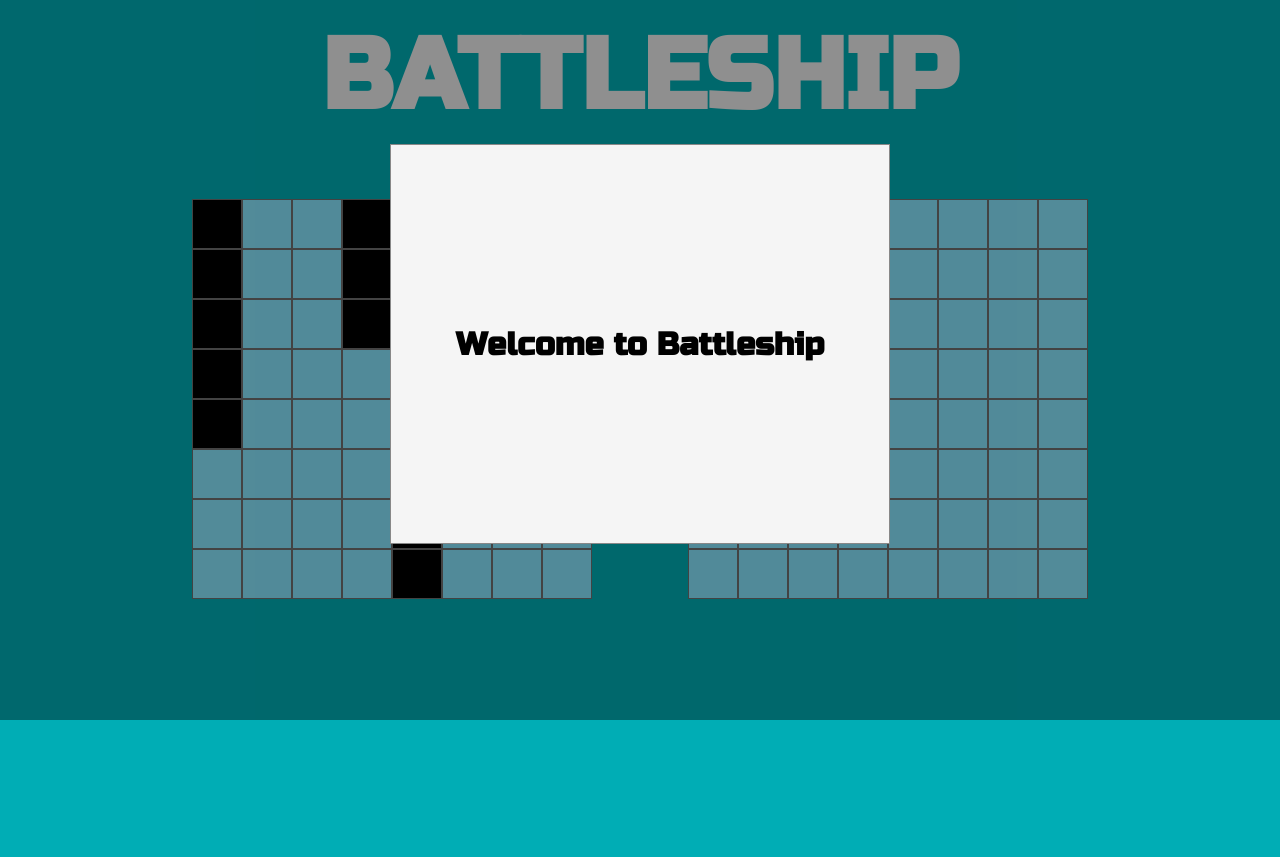
Repository: AzharMoosa/battleship
Page: /
These files come from the project's save history. The page is drawn as it stood at one moment and after the next save; the edit follows.
The browser window is 1280 px wide. The pictures show the whole page.
The project was rebuilt for these pictures with package versions that can differ from the ones it lists, and the page was loaded fresh each time. Imported but missing from the stored project, and not drawn on this page: src/components/components/PlaceShip.

Above is the page before, as saved 2020-07-09 10:03:28.

### src/App.js
import React from "react";
import Header from "./components/Header";
import Board from "./components/Board";
import { PlayersProvider } from "./context/PlayersContext";
import "./App.css";
import PlaceShip from "./components/PlaceShip";

function App() {
  return (
    <PlayersProvider>
      <div>
        <Header />
        <Board />
        <PlaceShip />
      </div>
    </PlayersProvider>
  );
}

export default App;

### src/components/Header.js
import React from "react";

const Header = () => {
  return (
    <div className='header'>
      <h1>Battleship</h1>
    </div>
  );
};

export default Header;

### src/components/Board.js
import React, { useState } from "react";
import Square from "./Square";
import PlainSquare from "./PlainSquare";
import Player from "../functions/Player";
import Gameboard from "../functions/Gameboard";
import Overlay from "./Overlay";
import HitMiss from "./HitMiss";
import PlaceShip from "./components/PlaceShip";
import { v4 as uuidv4 } from "uuid";

const Board = () => {
  // eslint-disable-next-line
  const [player, setPlayer] = useState(Player(false));
  // eslint-disable-next-line
  const [computer, setComputer] = useState(Player(true));
  const [playerBoard, setPlayerBoard] = useState(Gameboard());
  const [computerBoard, setComputerBoard] = useState(Gameboard());
  const [playerTurn, setPlayerTurn] = useState(true);

  const getOutcome = (hit) => {
    let outcome = document.querySelector(".hit-miss-outcome");
    if (hit === true) {
      outcome.innerHTML = "Hit!";
    } else {
      outcome.innerHTML = "Miss!";
    }
  };

  const startGame = () => {
    playerBoard.placeShip(0, 0, player.ships[0], 1);
    playerBoard.placeShip(4, 4, player.ships[1], 1);
    playerBoard.placeShip(3, 0, player.ships[2], 1);
    playerBoard.placeShip(5, 0, player.ships[3], 1);
    playerBoard.placeShip(7, 0, player.ships[4], 1);

    computerBoard.placeShip(0, 0, computer.ships[0], 0);
    computerBoard.placeShip(4, 2, computer.ships[1], 0);
    computerBoard.placeShip(0, 3, computer.ships[2], 0);
    computerBoard.placeShip(3, 5, computer.ships[3], 0);
    computerBoard.placeShip(0, 7, computer.ships[4], 0);
  };

  const getBoardElm = (elm) => {
    if (elm !== "") {
      return "square ship";
    } else {
      return "square";
    }
  };

  const displayModal = (name) => {
    let modal = document.querySelector(".modal");
    let title = document.querySelector(".winner-name");
    let overlay = document.querySelector(".overlay");
    modal.style.display = "block";
    overlay.style.display = "none";
    if (name === "Computer") {
      title.innerHTML = "Computer Wins";
    } else if (name === "Player") {
      title.innerHTML = "Player Wins";
    }
  };

  const resetGame = () => {
    setPlayer(Player(false));
    setComputer(Player(true));
    setPlayerBoard(Gameboard());
    setComputerBoard(Gameboard());
    setPlayerTurn(true);
    let modal = document.querySelector(".modal");
    let overlay = document.querySelector(".overlay");
    let outcome = document.querySelector(".hit-miss-outcome");
    modal.style.display = "none";
    overlay.style.display = "grid";
    outcome.innerHTML = "";
  };

  const gameOver = () => {
    if (playerBoard.allShipSunk(player.ships)) {
      displayModal("Computer");
    } else if (computerBoard.allShipSunk(computer.ships)) {
      displayModal("Player");
    }
  };

  const attackComputer = (e) => {
    if (playerTurn === true) {
      let updatedBoard = computerBoard;
      // Get Coord
      let coords = e.target.id.split(",");
      let x = coords[1];
      let y = coords[0];
      player.attackEnemy(updatedBoard, parseInt(x), parseInt(y));
      if (computerBoard.grid[x][y] === "") {
        e.target.classList.add("ship-miss");
        getOutcome(false);
      } else {
        e.target.classList.add("ship-hit");
        getOutcome(true);
      }
      setComputerBoard(updatedBoard);
      setPlayerTurn(false);
    }
    computerTurn();
  };

  const computerTurn = () => {
    if (playerTurn === true) {
      let updatedBoard = playerBoard;
      let randomCoords = computer.getRandomCoords();
      let square = document.getElementById(randomCoords);
      let coords = randomCoords.split(",");
      let x = coords[1];
      let y = coords[0];
      computer.computerAttack(updatedBoard, x, y);
      if (playerBoard.grid[x][y] === "") {
        square.classList.add("ship-miss");
      } else {
        square.classList.add("ship-hit");
      }
      gameOver();
      setPlayerBoard(updatedBoard);
      setPlayerTurn(true);
    }
  };

  return (
    <div className='container'>
      <HitMiss />
      <div className='game-boards'>
        {startGame()}
        <div className='game-board'>
          {playerBoard.grid.map((col, j) =>
            col.map((elm, i) => (
              <Square
                key={uuidv4()}
                elm={elm}
                getBoardElm={getBoardElm}
                id={`${i},${j}`}
              />
            ))
          )}
        </div>

        <div className='comp'>
          <div className='game-board comp-board'>
            {computerBoard.grid.map((col, j) =>
              col.map((elm, i) => (
                <Square
                  key={uuidv4()}
                  elm={elm}
                  getBoardElm={getBoardElm}
                  attackComputer={attackComputer}
                  id={`${i},${j}`}
                />
              ))
            )}
          </div>
          <div className='overlay game-board'>
            {computerBoard.grid.map((col, j) =>
              col.map((elm, i) => <PlainSquare key={uuidv4()} />)
            )}
          </div>
        </div>
      </div>
      <Overlay resetGame={resetGame} />
    </div>
  );
};

export default Board;

### src/context/PlayersContext.js
import React, { useState, createContext } from "react";
import Player from "../functions/Player";
import Gameboard from "../functions/Gameboard";

export const PlayersContext = createContext();

export const PlayersProvider = (props) => {
  const [players, usePlayers] = useState([
    // Player
    {
      player: Player(false),
      board: Gameboard(),
    },
    // Computer
    {
      player: Player(true),
      board: Gameboard(),
    },
  ]);

  return (
    <PlayersContext.Provider value={[players, usePlayers]}>
      {props.children}
    </PlayersContext.Provider>
  );
};

### src/App.css
@import url("https://fonts.googleapis.com/css2?family=Russo+One&display=swap");

:root {
  --bg-primary: #00adb5;
  --bg-light: #eeeeee;
  --bg-dark: #222831;
}

* {
  margin: 0;
  padding: 0;
  box-sizing: border-box;
}

body {
  font-family: "Russo One", sans-serif;
  background-color: var(--bg-primary);
}

.header {
  text-align: center;
}

.header h1 {
  color: var(--bg-light);
  font-size: 100px;
  text-transform: uppercase;
  margin-top: 1rem;
}

.game-boards {
  display: flex;
  align-items: center;
  justify-content: space-between;
  width: 70%;
  height: 55vh;
  margin: 3rem auto;
}

.game-board {
  display: grid;
  grid-template-columns: repeat(8, 1fr);
  width: 400px;
  height: 400px;
}

.square {
  border: 1px solid #707070;
  background-color: rgb(136, 231, 255);
  width: 50px;
  height: 50px;
  pointer-events: auto !important;
  cursor: pointer;
}

.plain-square {
  border: 1px solid #707070;
  background-color: rgb(136, 231, 255);
  width: 50px;
  height: 50px;
  pointer-events: none !important;
  cursor: pointer;
}

.ship {
  background-color: #000;
}

.ship-hit {
  background-color: rgb(255, 77, 77) !important;
  pointer-events: none !important;
}

.ship-miss {
  background-color: #fff !important;
  pointer-events: none !important;
}

.comp {
  display: grid;
}

.comp-board,
.overlay {
  grid-area: 1 / 1;
}

.container {
  display: flex;
  flex-direction: column;
  height: 100vh;
}

.overlay {
  pointer-events: none;
}

.start {
  /* display: none; */
  position: fixed;
  z-index: 1;
  left: 0;
  top: 0;
  width: 100%;
  height: 100%;
  background-color: rgb(0, 0, 0);
  background-color: rgba(0, 0, 0, 0.4);
}

.start-content {
  background-color: #f5f5f5;
  margin: 20vh auto;
  padding: 20px;
  border: 1px solid #888;
  width: 500px;
  height: 400px;
  display: flex;
  flex-direction: column;
  align-items: center;
  justify-content: center;
}

.modal {
  display: none;
  position: fixed;
  z-index: 1;
  left: 0;
  top: 0;
  width: 100%;
  height: 100%;
  background-color: rgb(0, 0, 0);
  background-color: rgba(0, 0, 0, 0.4);
}

.modal-content-results {
  background-color: #f5f5f5;
  margin: 30vh auto;
  padding: 20px;
  border: 1px solid #888;
  width: 400px;
  height: 200px;
  display: flex;
  flex-direction: column;
  align-items: center;
  justify-content: center;
}

.winner-name {
  text-align: center;
  margin-bottom: 2rem;
  font-size: 40px;
}

.btn-primary {
  background-color: var(--bg-dark);
  color: #fff;
  width: 150px;
  height: 50px;
  font-size: 20px;
  border: none;
  outline: none;
  font-family: "Russo One", sans-serif;
  border-radius: 20px;
  cursor: pointer;
}

.hit-miss {
  display: flex;
  align-items: center;
  justify-content: center;
  margin-top: 1rem;
}

.hit-miss-outcome {
  color: #fff;
  font-size: 50px;
}

@media (min-width: 1700px) {
  .game-boards {
    height: 70vh;
    width: 80%;
  }

  .game-board {
    width: 650px;
    height: 650px;
  }

  .square,
  .plain-square {
    width: 81.25px;
    height: 81.25px;
  }
}

@media (max-width: 1200px) {
  .game-boards {
    height: 70vh;
    width: 80%;
    display: flex;
    flex-direction: column;
  }

  .game-board {
    width: 500px;
    height: 500px;
  }

  .comp {
    margin-top: 3rem;
  }

  .square,
  .plain-square {
    width: 62.5px;
    height: 62.5px;
  }
}

@media (max-width: 768px) {
  .header h1 {
    font-size: 60px;
  }

  .game-boards {
    width: 80%;
    display: flex;
    flex-direction: column;
  }

  .game-board {
    width: 400px;
    height: 400px;
  }

  .comp {
    margin-top: 3rem;
  }

  .square,
  .plain-square {
    width: 50px;
    height: 50px;
  }
}

@media (max-width: 414px) {
  .header h1 {
    font-size: 40px;
  }

  .game-boards {
    width: 70%;
    display: flex;
    flex-direction: column;
  }

  .game-board {
    width: 300px;
    height: 300px;
  }

  .comp {
    margin-top: 3rem;
  }

  .square,
  .plain-square {
    width: 37.5px;
    height: 37.5px;
  }

  .modal-content-results {
    width: 300px;
  }

  .winner-name {
    font-size: 35px;
  }

  .btn-primary {
    background-color: var(--bg-dark);
    color: #fff;
    width: 150px;
    height: 50px;
    font-size: 20px;
    border: none;
    outline: none;
    font-family: "Russo One", sans-serif;
    border-radius: 20px;
    cursor: pointer;
  }
}

@media (max-width: 375px) {
  .header h1 {
    font-size: 35px;
  }

  .game-boards {
    width: 70%;
    display: flex;
    flex-direction: column;
  }

  .game-board {
    width: 280px;
    height: 280px;
  }

  .comp {
    margin-top: 3rem;
  }

  .square,
  .plain-square {
    width: 35px;
    height: 35px;
  }
}

@media (max-width: 320px) {
  .modal-content-results {
    width: 250px;
  }

  .winner-name {
    font-size: 30px;
  }
}

### src/components/PlaceShip.js
import React from "react";

const PlaceShip = () => {
  return (
    <div className='start'>
      <div className='start-content'>
        <h1>Welcome to Battleship</h1>
      </div>
    </div>
  );
};

export default PlaceShip;

### src/components/Square.js
import React from "react";

const Square = ({ elm, attackComputer, getBoardElm, id }) => {
  return (
    <div className={getBoardElm(elm)} id={id} onClick={attackComputer}></div>
  );
};

export default Square;

### src/components/PlainSquare.js
import React from "react";

const PlainSquare = () => {
  return <div className='plain-square'></div>;
};

export default PlainSquare;

### src/functions/Player.js
import Ship from "./Ship";

const Player = (ai) => {
  let previousShots = [];

  // Create Ships
  let carrier = Ship("Carrier", 5);
  let battleship = Ship("Battleship", 4);
  let cruiser = Ship("Cruiser", 3);
  let submarine = Ship("Submarine", 3);
  let destroyer = Ship("Destroyer", 2);
  let ships = [carrier, battleship, cruiser, submarine, destroyer];

  const attackEnemy = (enemyBoard, x, y) => {
    if (!previousShots.includes([x, y])) {
      enemyBoard.receiveAttack(x, y);
      previousShots.push([parseInt(x), parseInt(y)]);
      return true;
    }
    return false;
  };

  const checkCoord = (x, y) => {
    previousShots.forEach((coords) => {
      if (
        parseInt(coords[1]) === parseInt(x) &&
        parseInt(coords[0]) === parseInt(y)
      ) {
        return true;
      }
    });
    return false;
  };

  const getRandomCoords = (gameboard) => {
    let maximum = 7;
    let minimum = 0;
    let x = 0;
    let y = 0;

    do {
      x = Math.floor(Math.random() * (maximum - minimum + 1)) + minimum;
      y = Math.floor(Math.random() * (maximum - minimum + 1)) + minimum;
    } while (checkCoord(x, y));
    return `${x},${y}`;
  };

  const computerAttack = (enemyBoard, x, y) => {
    enemyBoard.receiveAttack(x, y);
    previousShots.push([x, y]);
  };

  return { previousShots, ships, attackEnemy, computerAttack, getRandomCoords };
};

export default Player;

### src/functions/Gameboard.js
const Gameboard = () => {
  let previousShots = [];
  const grid = new Array(8).fill("");
  for (let i = 0; i < grid.length; i++) {
    grid[i] = new Array(8).fill("");
  }

  const getGrid = () => {
    return grid;
  };

  const getPreviousShots = () => {
    return previousShots;
  };

  const placeShip = (x, y, ship, orientation) => {
    // Horizontal Orientation = 0
    // Vertical Orientation = 1

    // Check If Ship Fits
    let shipLength = ship.length;

    if (orientation === 0) {
      for (let i = x; i < x + ship.length; i++) {
        if (grid[y][i] !== "" || x + shipLength > 8) {
          return false;
        }
        grid[y][i] = ship;
        ship.setShipCoords(y, i);
      }
    } else if (orientation === 1) {
      for (let i = y; i < y + ship.length; i++) {
        if (grid[i][x] !== "" || y + shipLength > 8) {
          return false;
        }
        grid[i][x] = ship;
        ship.setShipCoords(i, x);
      }
    }
    return true;
  };

  const flatten = (arr) => {
    return arr.join(" |-| ");
  };

  const receiveAttack = (x, y) => {
    // Check if ship is at position
    if (grid[x][y] !== "") {
      let ship = grid[x][y];
      let shipCoords = ship.getShipCoords();
      let arrSearch = shipCoords.map((row) => {
        return flatten(row);
      });
      let pos = arrSearch.indexOf(flatten([x, y]));
      if (!ship.isHit(pos)) {
        ship.hit(pos);
        return true;
      }
    }
    previousShots.push([x, y]);
    return false;
  };

  const allShipSunk = (ships) => {
    for (let i = 0; i < ships.length; i++) {
      if (!ships[i].isSunk()) {
        return false;
      }
    }

    return true;
  };

  return {
    grid,
    previousShots,
    getGrid,
    placeShip,
    receiveAttack,
    getPreviousShots,
    allShipSunk,
  };
};

export default Gameboard;

### src/components/Overlay.js
import React from "react";

const Overlay = ({ resetGame }) => {
  return (
    <div className='modal'>
      <div className='modal-content-results'>
        <h1 className='winner-name'>Player Wins</h1>
        <button className='btn-primary' onClick={resetGame}>
          Restart
        </button>
      </div>
    </div>
  );
};

export default Overlay;

### src/components/HitMiss.js
import React from "react";

const HitMiss = () => {
  return (
    <div className='hit-miss'>
      <h1 className='hit-miss-outcome'>{}</h1>
    </div>
  );
};

export default HitMiss;

### src/functions/Ship.js
const Ship = (name, length) => {
  // Fills ship with false
  const ship = new Array(length).fill(false);
  let shipCoords = [];

  // Hit
  const hit = (pos) => (ship[pos] = true);

  // If Ship Sunk
  const isSunk = () => {
    return ship.every((v) => v === true);
  };

  const isHit = (pos) => {
    return ship[pos] === true ? true : false;
  };

  // Returns ship
  const getShip = () => {
    return ship;
  };

  const setShipCoords = (x, y) => {
    shipCoords.push([x, y]);
  };

  const getShipCoords = () => {
    return shipCoords;
  };

  return {
    name,
    ship,
    length,
    hit,
    isSunk,
    isHit,
    getShip,
    setShipCoords,
    getShipCoords,
  };
};

export default Ship;

Loaded but not shown: public/index.html (common file); src/index.js (common file)

After the next save:
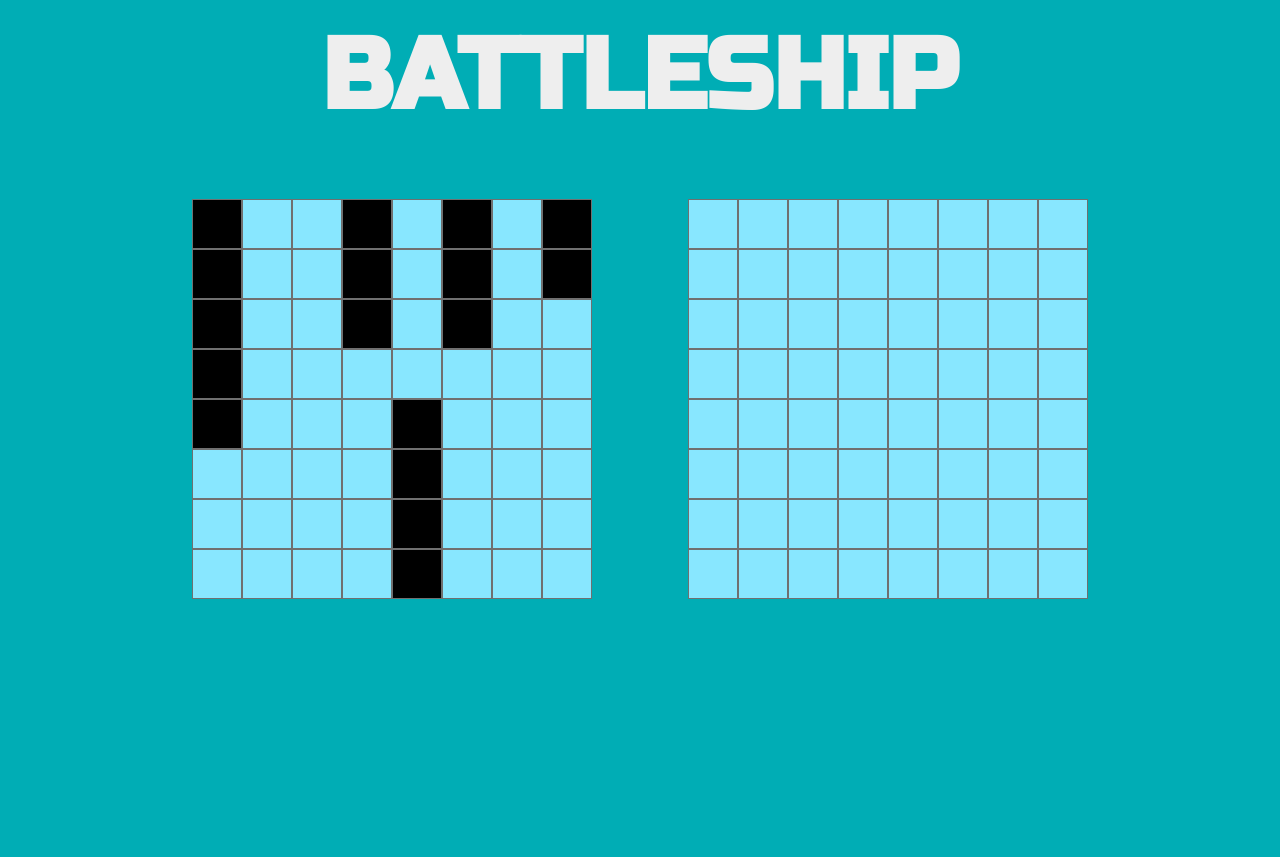
Saved 8 s later.
--- a/src/App.js
+++ b/src/App.js
@@ -3,7 +3,6 @@ import Header from "./components/Header";
 import Board from "./components/Board";
 import { PlayersProvider } from "./context/PlayersContext";
 import "./App.css";
-import PlaceShip from "./components/PlaceShip";
 
 function App() {
   return (
@@ -11,7 +10,6 @@ function App() {
       <div>
         <Header />
         <Board />
-        <PlaceShip />
       </div>
     </PlayersProvider>
   );

After the 3 saves that followed:
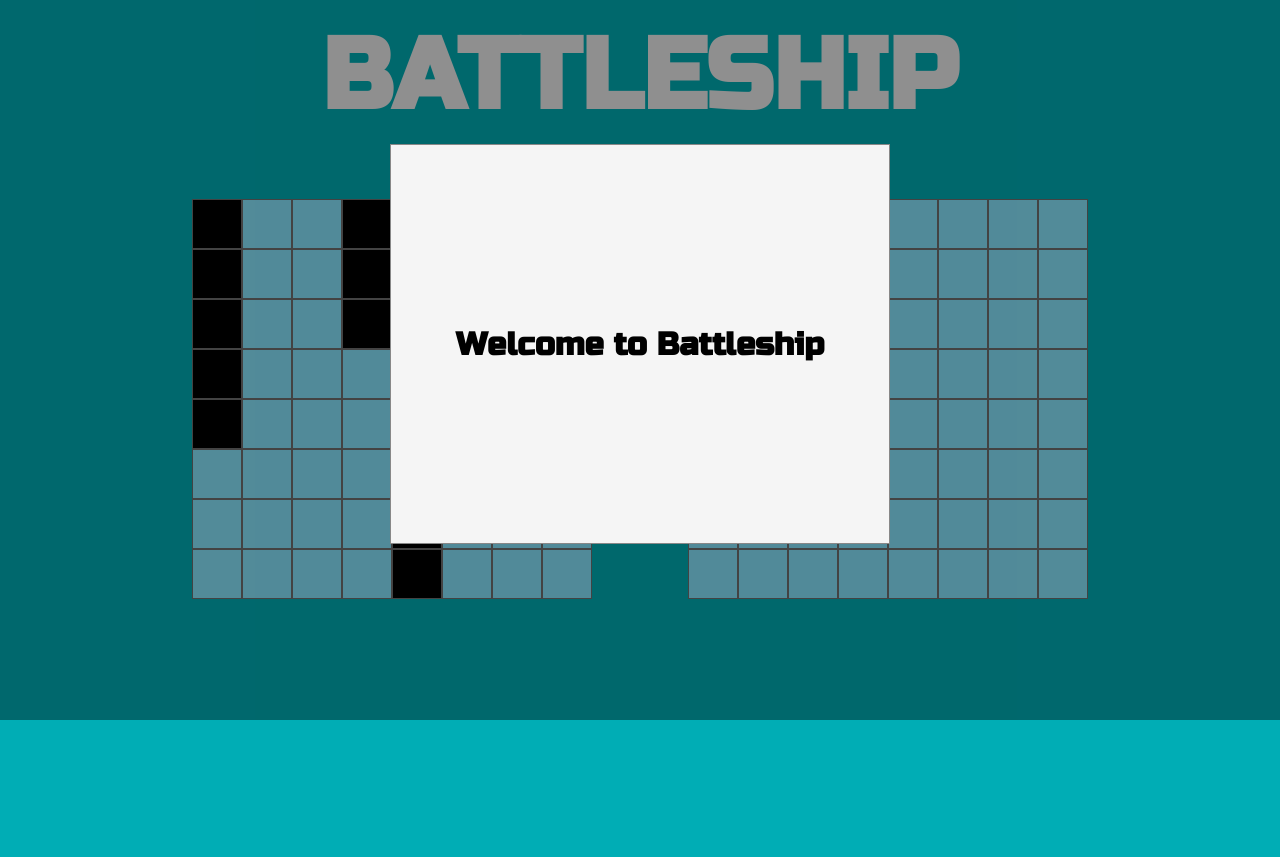
The 3 saves are shown as one change because 1 did not build or start and 1 left the picture as it was.
The last was saved 26 s later.
--- a/src/components/Board.js
+++ b/src/components/Board.js
@@ -1,11 +1,11 @@
-import React, { useState } from "react";
+import React, { useState, Fragment } from "react";
 import Square from "./Square";
 import PlainSquare from "./PlainSquare";
 import Player from "../functions/Player";
 import Gameboard from "../functions/Gameboard";
 import Overlay from "./Overlay";
 import HitMiss from "./HitMiss";
-import PlaceShip from "./components/PlaceShip";
+import PlaceShip from "./PlaceShip";
 import { v4 as uuidv4 } from "uuid";
 
 const Board = () => {
@@ -125,46 +125,50 @@ const Board = () => {
   };
 
   return (
-    <div className='container'>
-      <HitMiss />
-      <div className='game-boards'>
-        {startGame()}
-        <div className='game-board'>
-          {playerBoard.grid.map((col, j) =>
-            col.map((elm, i) => (
-              <Square
-                key={uuidv4()}
-                elm={elm}
-                getBoardElm={getBoardElm}
-                id={`${i},${j}`}
-              />
-            ))
-          )}
-        </div>
+    <Fragment>
+      <PlaceShip />
 
-        <div className='comp'>
-          <div className='game-board comp-board'>
-            {computerBoard.grid.map((col, j) =>
+      <div className='container'>
+        <HitMiss />
+        <div className='game-boards'>
+          {startGame()}
+          <div className='game-board'>
+            {playerBoard.grid.map((col, j) =>
               col.map((elm, i) => (
                 <Square
                   key={uuidv4()}
                   elm={elm}
                   getBoardElm={getBoardElm}
-                  attackComputer={attackComputer}
                   id={`${i},${j}`}
                 />
               ))
             )}
           </div>
-          <div className='overlay game-board'>
-            {computerBoard.grid.map((col, j) =>
-              col.map((elm, i) => <PlainSquare key={uuidv4()} />)
-            )}
+
+          <div className='comp'>
+            <div className='game-board comp-board'>
+              {computerBoard.grid.map((col, j) =>
+                col.map((elm, i) => (
+                  <Square
+                    key={uuidv4()}
+                    elm={elm}
+                    getBoardElm={getBoardElm}
+                    attackComputer={attackComputer}
+                    id={`${i},${j}`}
+                  />
+                ))
+              )}
+            </div>
+            <div className='overlay game-board'>
+              {computerBoard.grid.map((col, j) =>
+                col.map((elm, i) => <PlainSquare key={uuidv4()} />)
+              )}
+            </div>
           </div>
         </div>
+        <Overlay resetGame={resetGame} />
       </div>
-      <Overlay resetGame={resetGame} />
-    </div>
+    </Fragment>
   );
 };
 
